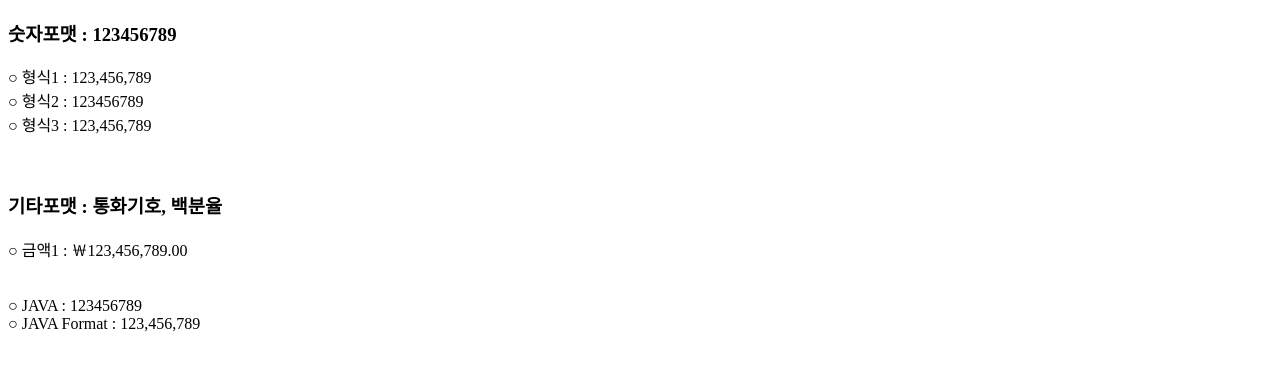
Repository: youngmoon525/Jsp_Servlet
Page: http://localhost/03.JSP/jsp39.jsp
An editor plug-in stored every save of this project. The page is shown before and after the next save, followed by the edit.
The browser window is 1280 px wide. The pictures show the whole page.
The page is served by Tomcat 9. Other server files are loaded and not shown.

Above is the page before, as saved 2021-09-09 04:08:04.

### workspace/03.JSP/WebContent/jsp39.jsp
<%@page import="java.text.DecimalFormat"%>
<%@ page language="java" contentType="text/html; charset=UTF-8" pageEncoding="UTF-8"%>
<%@ taglib prefix="c" uri="http://java.sun.com/jsp/jstl/core" %>
<%@ taglib prefix="fmt" uri="http://java.sun.com/jsp/jstl/fmt" %>
<!DOCTYPE html>
<html>
<head>
<meta charset="UTF-8">
<title>JSP39</title>
</head>
<body>
<c:set var="num" value="123456789"/>
<h3>숫자포맷 : ${num}</h3>
○ 형식1 : <fmt:formatNumber value="${num}" groupingUsed="true"/><br/>
○ 형식2 : <fmt:formatNumber value="${num}" groupingUsed="false"/><br/>
○ 형식3 : <fmt:formatNumber value="${num}" pattern="#,##0"/><br/>
<br/><br/>

<h3>기타포맷 : 통화기호, 백분율</h3>
<%-- 통화기호 : ㄹ → 한자 --%>
○ 금액1 : <fmt:formatNumber value="${num}" type="currency" currencySymbol="￦"/><br/>


<br/><br/>
<%
int number = 123456789;
DecimalFormat df = new DecimalFormat("#,##0");
%>
○ JAVA : <%=number %><br/>
○ JAVA Format : <%=df.format(number) %>
</body>
</html>

After the next save:
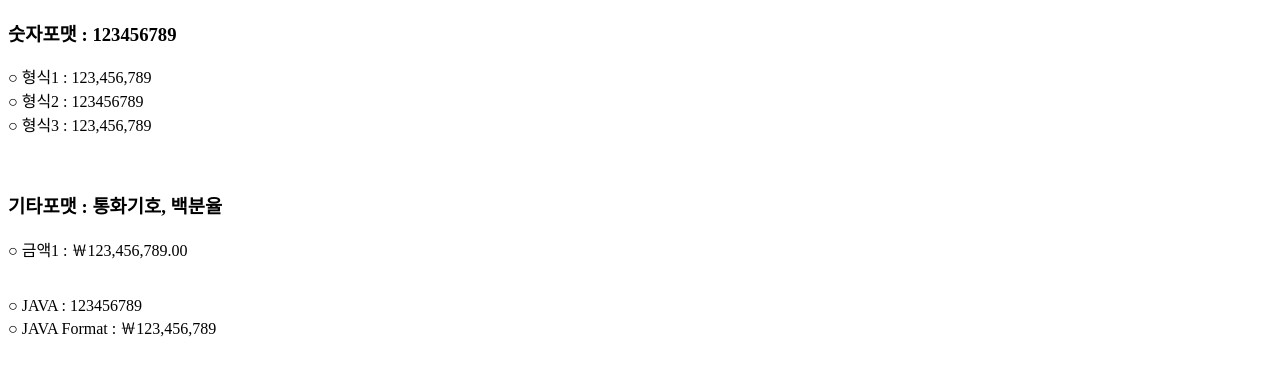
Saved 34 s later.
--- a/workspace/03.JSP/WebContent/jsp39.jsp
+++ b/workspace/03.JSP/WebContent/jsp39.jsp
@@ -24,7 +24,7 @@
 <br/><br/>
 <%
 int number = 123456789;
-DecimalFormat df = new DecimalFormat("#,##0");
+DecimalFormat df = new DecimalFormat("￦#,##0");
 %>
 ○ JAVA : <%=number %><br/>
 ○ JAVA Format : <%=df.format(number) %>
